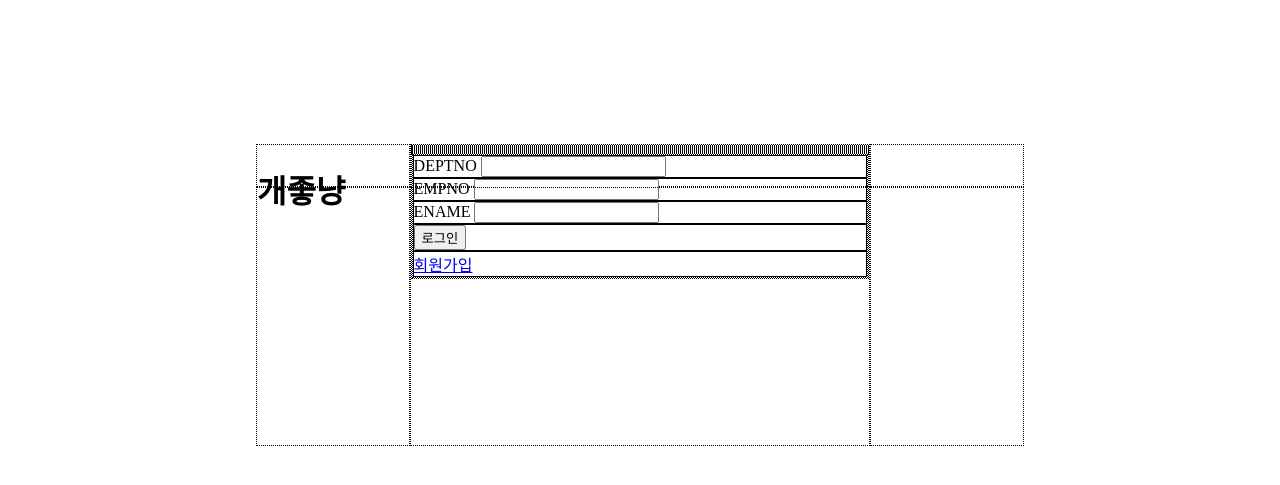
Repository: rmsgh2392/jee-company
Page: http://localhost/company/facade.do
These files come from the project's save history. The page is drawn as it stood at one moment and after the next save; the edit follows.
The browser window is 1280 px wide. The pictures show the whole page.
The page is served by Tomcat 9.

Above is the page before, as saved 2019-10-07 10:26:30.

After the next save:
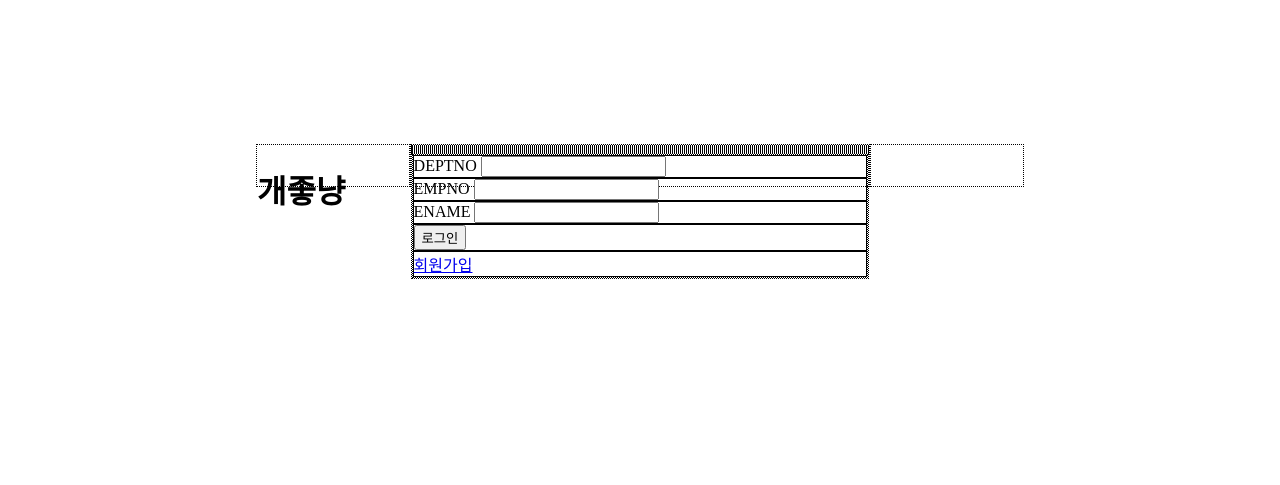
Saved 90 s later.
--- a/company/WebContent/WEB-INF/views/facade/main.jsp
+++ b/company/WebContent/WEB-INF/views/facade/main.jsp
@@ -4,23 +4,21 @@
 <jsp:include page="../common/head.jsp"/>
 <div class="container">
 	<div><h1 id="main_text">개좋냥</h1></div>
-<div class="content">
-<e:choose>
-	<e:when test="${page eq 'login'}">
-		<jsp:include page="login.jsp"/>
-	</e:when>
-	<e:when test="${page eq 'join'}">
-		<jsp:include page="join.jsp"/>
-	</e:when>
-	<e:when test="${page eq 'mypage'}">
-		<jsp:include page="mypage.jsp"/>
-	</e:when>
-</e:choose>
+	<div class="content">
+	<e:choose>
+		<e:when test="${page eq 'login'}">
+			<jsp:include page="login.jsp"/>
+		</e:when>
+		<e:when test="${page eq 'join'}">
+			<jsp:include page="join.jsp"/>
+		</e:when>
+		<e:when test="${page eq 'mypage'}">
+			<jsp:include page="mypage.jsp"/>
+		</e:when>
+	</e:choose>
 </div>
-<div></div>
-<div></div>
-<div></div>
-<div></div>
+<div>
+</div>
 </div>
 <jsp:include page="../common/foot.jsp"/>
 <script>
